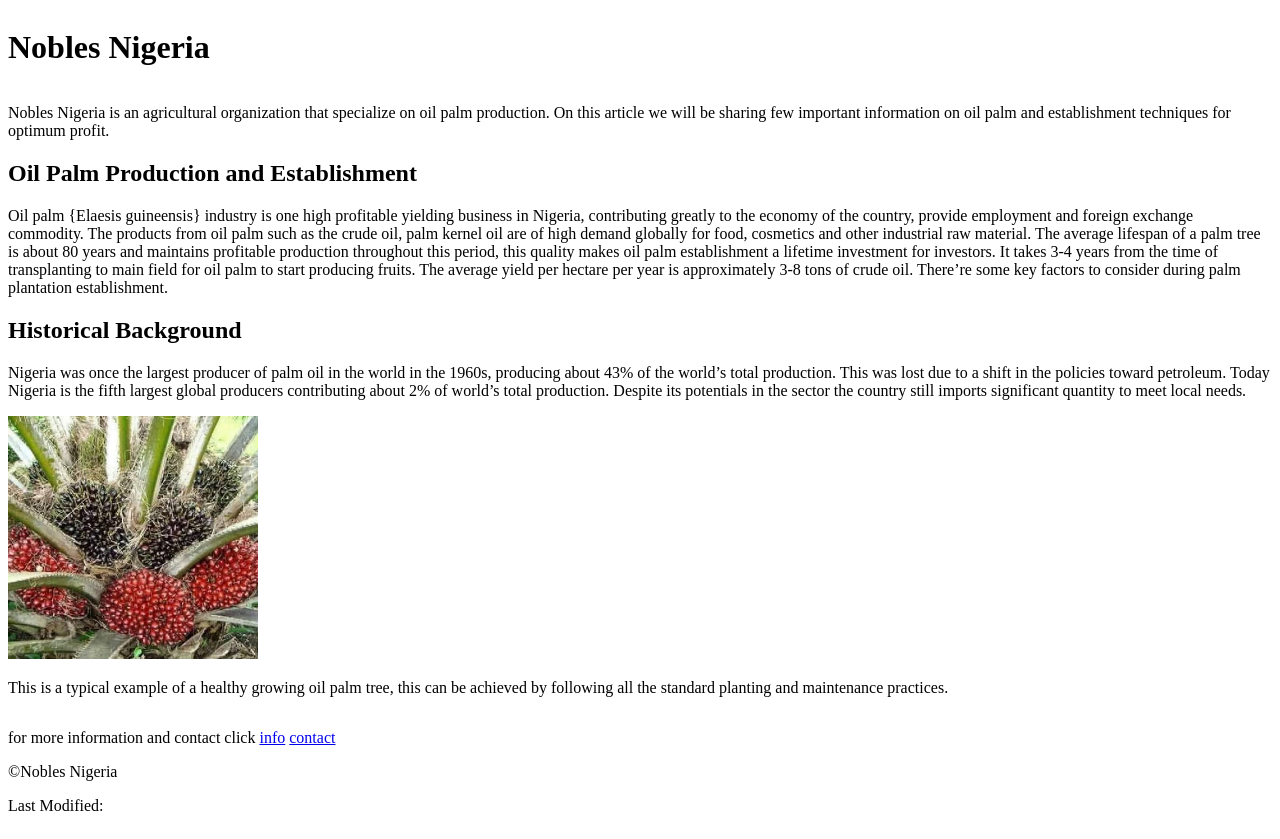
Repository: NoblesNigeria/wdd131
Page: wdd131-project/course-project.html
An editor plug-in stored every save of this project. The page is shown before and after the next save, followed by the edit.
The browser window is 1280 px wide. The pictures show the whole page.

Above is the page before, as saved 2025-12-03 13:58:09.

After the next save:
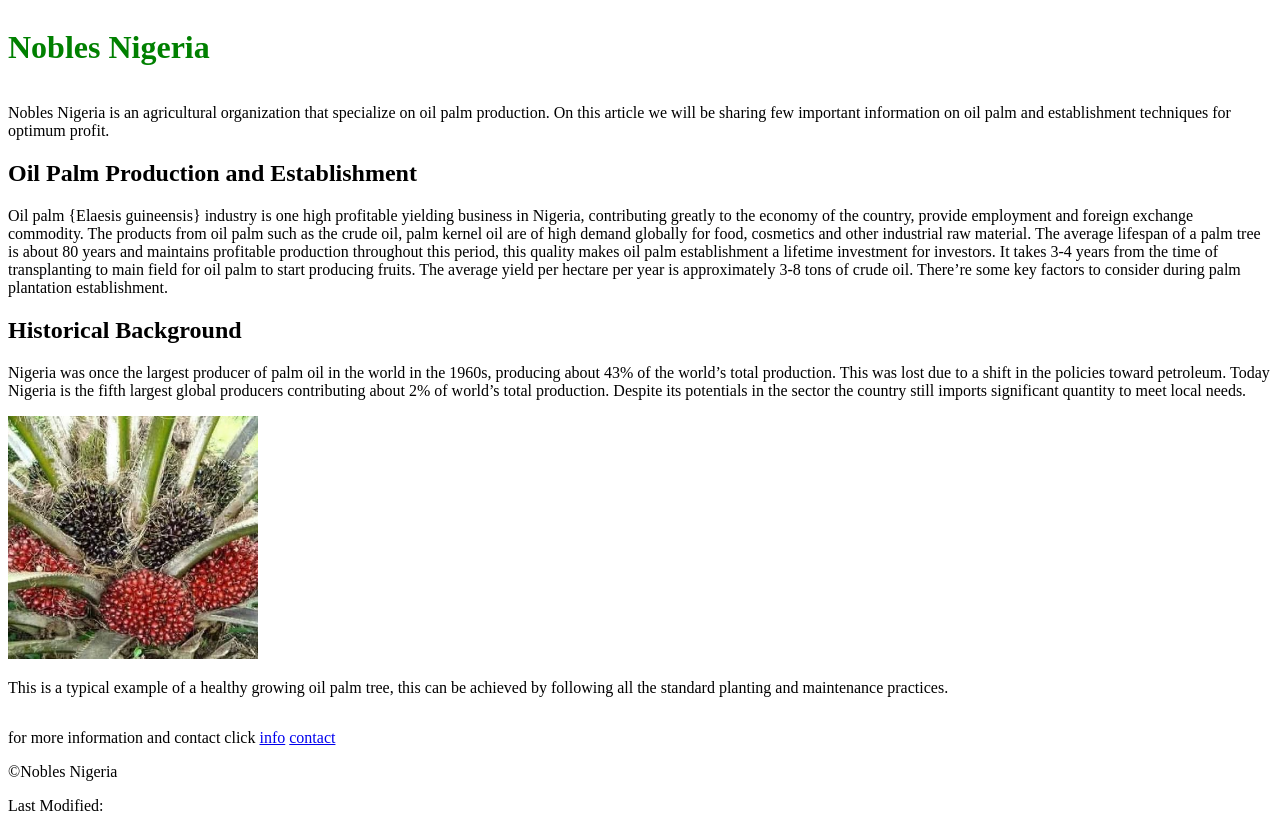
Saved 8 s later.
--- a/wdd131-project/styles/course-project-large.css
+++ b/wdd131-project/styles/course-project-large.css
@@ -3,5 +3,5 @@ body{
     grid-template-columns: (3 1fr);
 }
 h1{
-    color:
+    color:green
 }
